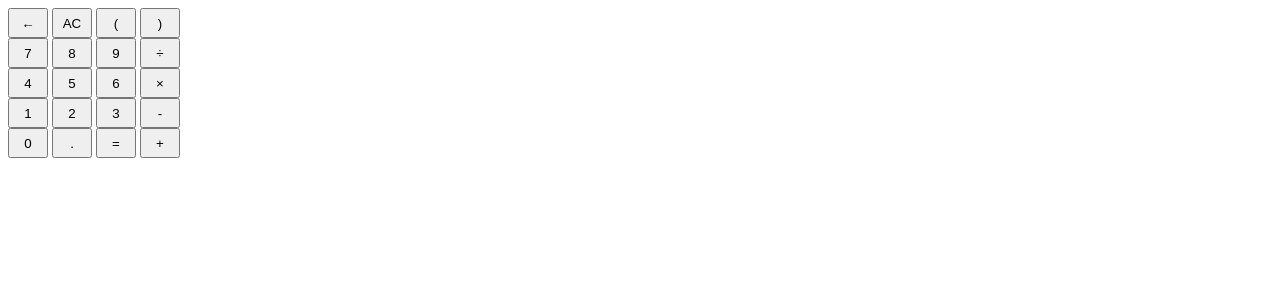
Repository: z1youRA/MyCalculator
Page: index.html
These files come from the project's save history. The page is drawn as it stood at one moment and after the next save; the edit follows.
The browser window is 1280 px wide. The pictures show the whole page.

Above is the page before, as saved 2021-12-19 14:02:51.

### index.html
<!DOCTYPE html>
<html lang="en">
<head>
    <meta charset="UTF-8">
    <meta http-equiv="X-UA-Compatible" content="IE=edge">
    <meta name="viewport" content="width=device-width, initial-scale=1.0">
    <title>Document</title>
    <link rel='stylesheet' href='./css/styles.css'>
</head>
<body>
    <div class='buttons'>
        <div class='first-row row'>
            <button>←</button>
            <button>AC</button>
            <button>(</button>
            <button>)</button>
        </div>
        <div class='second-row row'>
            <button>7</button>
            <button>8</button>
            <button>9</button>
            <button>÷</button>
        </div>
        <div class='third-row row'>
            <button>4</button>
            <button>5</button>
            <button>6</button>
            <button>×</button>
        </div>
        <div class='fourth-row row'>
            <button>1</button>
            <button>2</button>
            <button>3</button>
            <button>-</button>
        </div>
        <div class='fifth-row row'>
            <button>0</button>
            <button>.</button>
            <button>=</button>
            <button>+</button>
        </div>
    </div>
</body>
<script src='script.js'>
</script>
</html>

### css/styles.css
.buttons {

}




button {
    height: 30px;
    width: 40px;
}

### script.js
function add(num1, num2) {
    return num1 + num2;
}

function subtract(num1, num2) {
    return num1 - num2;
}

function multiply(num1, num2) {
    return num1 * num2;
}

function divide(num1, num2) {
    return num1 / num2;
}

function operate(operator, num1, num2) {
    if(operator === '+') {
        return add(num1, num2);
    }
    if(operator === '-') {
        return subtract(num1, num2);
    }
    if(operator === '*'|| operator === '×') {
        return multiply(num1, num2);
    }
    if(operator === '/'|| operator === '÷') {
        return divide(num1, num2);
    }
}

After the next save:
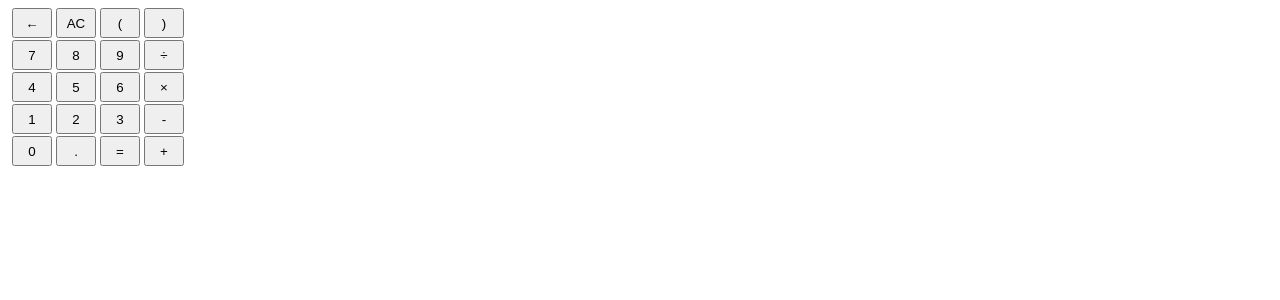
Saved 19 s later.
--- a/css/styles.css
+++ b/css/styles.css
@@ -2,7 +2,9 @@
 
 }
 
-
+.row {
+    margin:2px 4px;
+}
 
 
 button {
